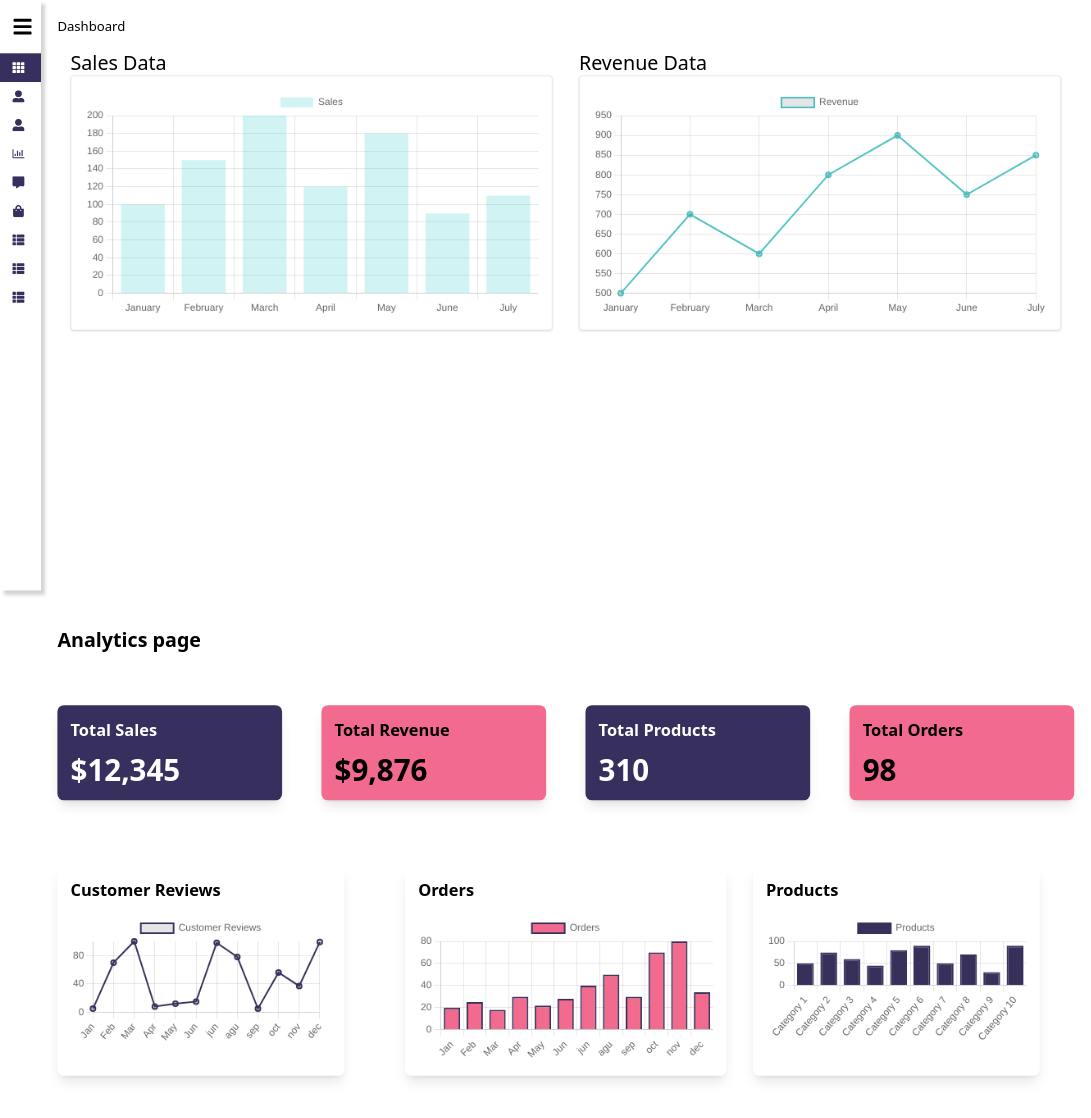
Repository: AndargWorku12/admin-dashboard
Page: /
These files come from the project's save history. The page is drawn as it stood at one moment and after the next save; the edit follows.
The browser window is 1280 px wide. The page is 1330 px wide, so the pictures cover 1330 px, including what lies to the right of the window. The pictures show the whole page, at 82% of full size.
The project was rebuilt for these pictures with package versions that can differ from the ones it lists, and the page was loaded fresh each time. Also part of the build but not shown: src/styles/orders.css, src/pages/OrderTable.tsx, src/pages/OrderModal.tsx, src/pages/Orders.tsx, src/pages/CategoryDropdown.tsx, src/pages/CategoryModal.tsx, src/pages/CategoryPage.tsx, src/styles/login.css and 9 more.

Above is the page before, as saved 2024-02-02 05:01:39.

After the next save:
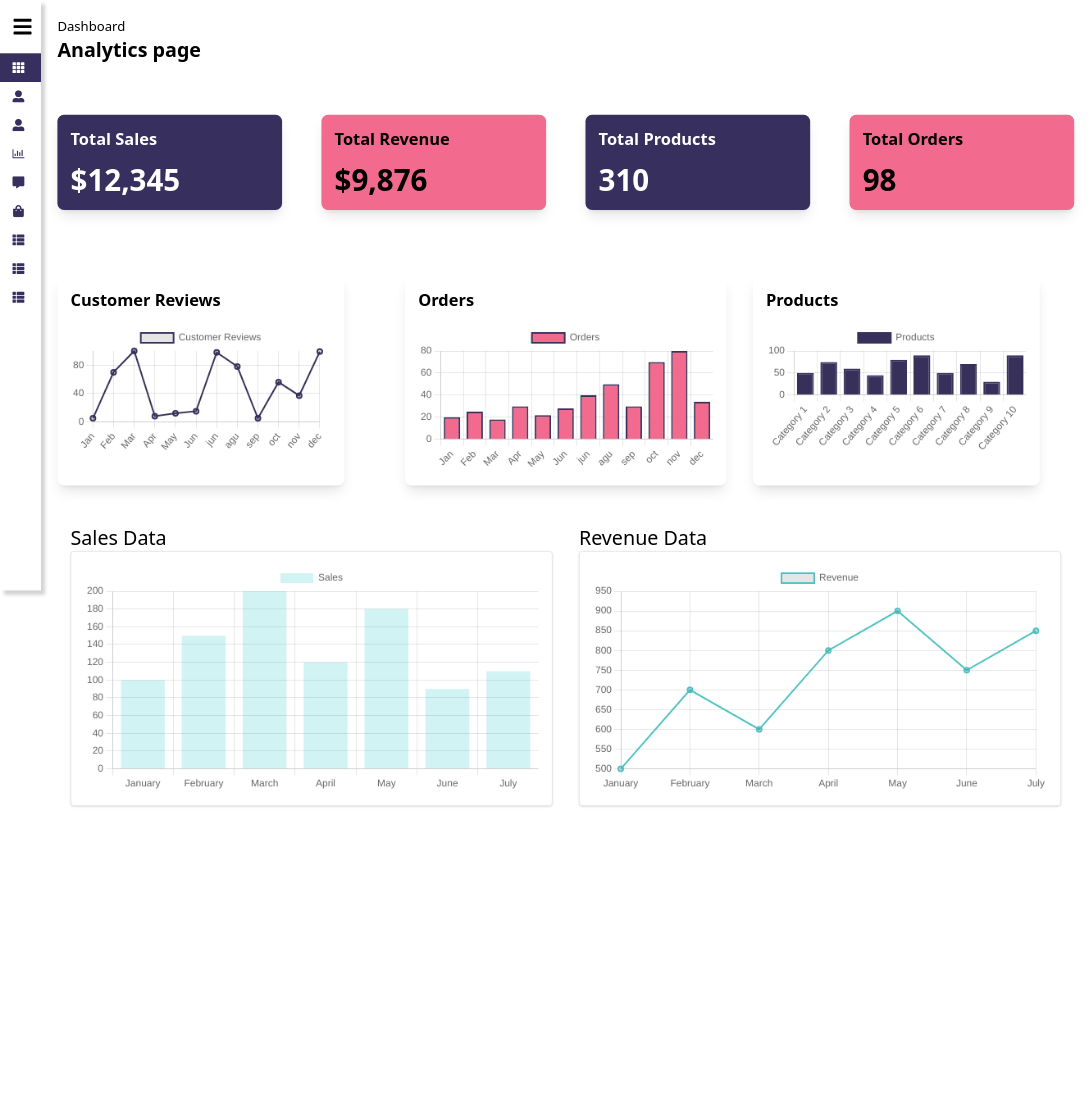
Saved 109 s later.
--- a/src/pages/Dashboard.tsx
+++ b/src/pages/Dashboard.tsx
@@ -11,7 +11,7 @@ import {
   Tooltip,
   Legend,
 } from 'chart.js';
-import AnalyticsPage from './Analytics';
+import Analytics from './Analytics'
 
 ChartJS.register(
   CategoryScale,
@@ -74,6 +74,7 @@ const Dashboard: React.FC<DashboardProps> = ({ saleData, revenueData }) => {
   return (
     <div>
       <h2>Dashboard</h2>
+      <Analytics/>
 <div className="flex h-screen">
       <div className="flex-1 max-w-screen-md p-4">
         <h3 className="text-2xl">Sales Data</h3>
@@ -90,7 +91,7 @@ const Dashboard: React.FC<DashboardProps> = ({ saleData, revenueData }) => {
       </div>
       </div>
       <div>
-      <AnalyticsPage/>
+
       </div>
     </div>
   );
